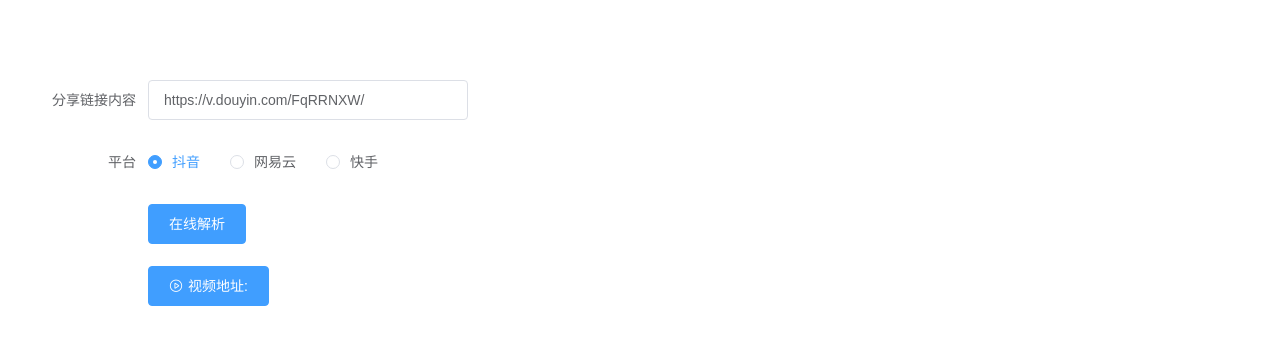
Repository: lyln/freepd
Page: / (app in frontend/freepd/)
The author's editor kept a copy of each file at every save. The page is drawn from the files as they stood at one save, then again after the next save.
The browser window is 1280 px wide. The pictures show the whole page.
The project was rebuilt for these pictures with package versions that can differ from the ones it lists, and the page was loaded fresh each time.

Above is the page before, as saved 2022-05-23 08:55:53.

### frontend/freepd/index.html
<!DOCTYPE html>
<html>
  <head>
    <meta charset="utf-8">
    <meta name="viewport" content="width=device-width,initial-scale=1.0">
    <title>freepd</title>
  </head>
  <body>
    <div id="app"></div>
    <!-- built files will be auto injected -->
  </body>
</html>

### frontend/freepd/src/main.js
// The Vue build version to load with the `import` command
// (runtime-only or standalone) has been set in webpack.base.conf with an alias.
import Vue from 'vue'
import App from './App'
import router from './router'
import ElementUI from 'element-ui';
import 'element-ui/lib/theme-chalk/index.css';

Vue.config.productionTip = false
Vue.use(ElementUI)

/* eslint-disable no-new */
new Vue({
  el: '#app',
  router,
  components: { App },
  template: '<App/>'
})

### frontend/freepd/src/App.vue
<template>
	<div id="app">
		<router-view />
	</div>
</template>

<script>
export default {
	name: 'App',
}
</script>

<style>
#app {
	font-family: 'Avenir', Helvetica, Arial, sans-serif;
	-webkit-font-smoothing: antialiased;
	-moz-osx-font-smoothing: grayscale;
	text-align: center;
	color: #2c3e50;
	margin-top: 60px;
}
</style>

### frontend/freepd/src/components/HelloWorld.vue
<template>
	<el-container>
		<el-main style="wide: 80%">
			<el-row>
				<el-col :span="24">
					<div class="grid-content bg-purple-dark"></div>

					<el-form ref="form" :model="form" label-width="120px" class="fpd-form">
						<el-form-item label="分享链接内容">
							<el-input v-model="form.url"></el-input>
						</el-form-item>
						<el-form-item label="平台" label-width="120px">
							<el-radio-group v-model="form.type">
								<el-radio :label="1">抖音</el-radio>
								<el-radio :label="2">网易云</el-radio>
								<el-radio :label="3">快手</el-radio>
							</el-radio-group>
						</el-form-item>
						<el-form-item>
							<el-button type="primary" @click="onSubmit">在线解析</el-button>
						</el-form-item>
						<el-form-item>
							<el-button type="primary" icon="el-icon-video-play">视频地址:</el-button> {{data.video.play }}
						</el-form-item>
					</el-form>

				</el-col>
			</el-row>
		</el-main>
	</el-container>

</template>
<script>
import axios from 'axios'
export default {
	name: 'HelloWorld',
	data() {
		return {
			msg: 'free parse download',
			form: {
				url: 'https://v.douyin.com/FqRRNXW/',
				type: 1,
			},
			data: {
				video: { play: '' },
			},
		}
	},
	methods: {
		onSubmit() {
			console.log('submit!')
			axios
				.post('http://127.0.0.1:8000/douyin', { url: this.form.url })
				.then((res) => {
					console.log(res.data)
					this.data = res.data
				})
				.catch((err) => {
					console.log('请求失败', err)
				})
		},
	},
}
</script>

<!-- Add "scoped" attribute to limit CSS to this component only -->
<style scoped>
h1,
h2 {
	font-weight: normal;
}
ul {
	list-style-type: none;
	padding: 0;
}
li {
	display: inline-block;
	margin: 0 10px;
}
a {
	color: #42b983;
}
.el-input {
	width: 320px;
}

.fpd-form {
	text-align: left;
}

.text {
	font-size: 14px;
}

.item {
	padding: 18px 0;
}

.box-card {
	width: 480px;
}
</style>

Loaded but not shown: frontend/freepd/src/router/index.js (common file)

After the next save:
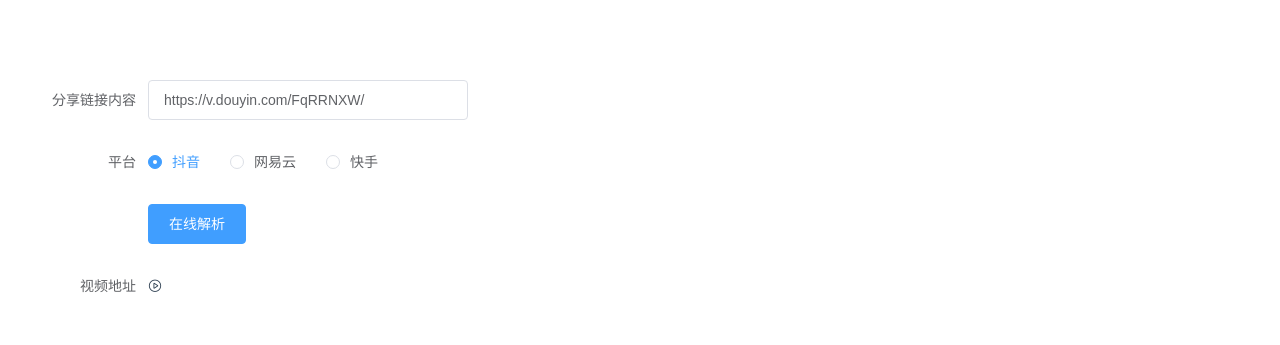
Saved 87 s later.
--- a/frontend/freepd/src/components/HelloWorld.vue
+++ b/frontend/freepd/src/components/HelloWorld.vue
@@ -19,8 +19,8 @@
 						<el-form-item>
 							<el-button type="primary" @click="onSubmit">在线解析</el-button>
 						</el-form-item>
-						<el-form-item>
-							<el-button type="primary" icon="el-icon-video-play">视频地址:</el-button> {{data.video.play }}
+						<el-form-item label="视频地址">
+							<i class="el-icon-video-play"></i> {{data.video.play }}
 						</el-form-item>
 					</el-form>
 
